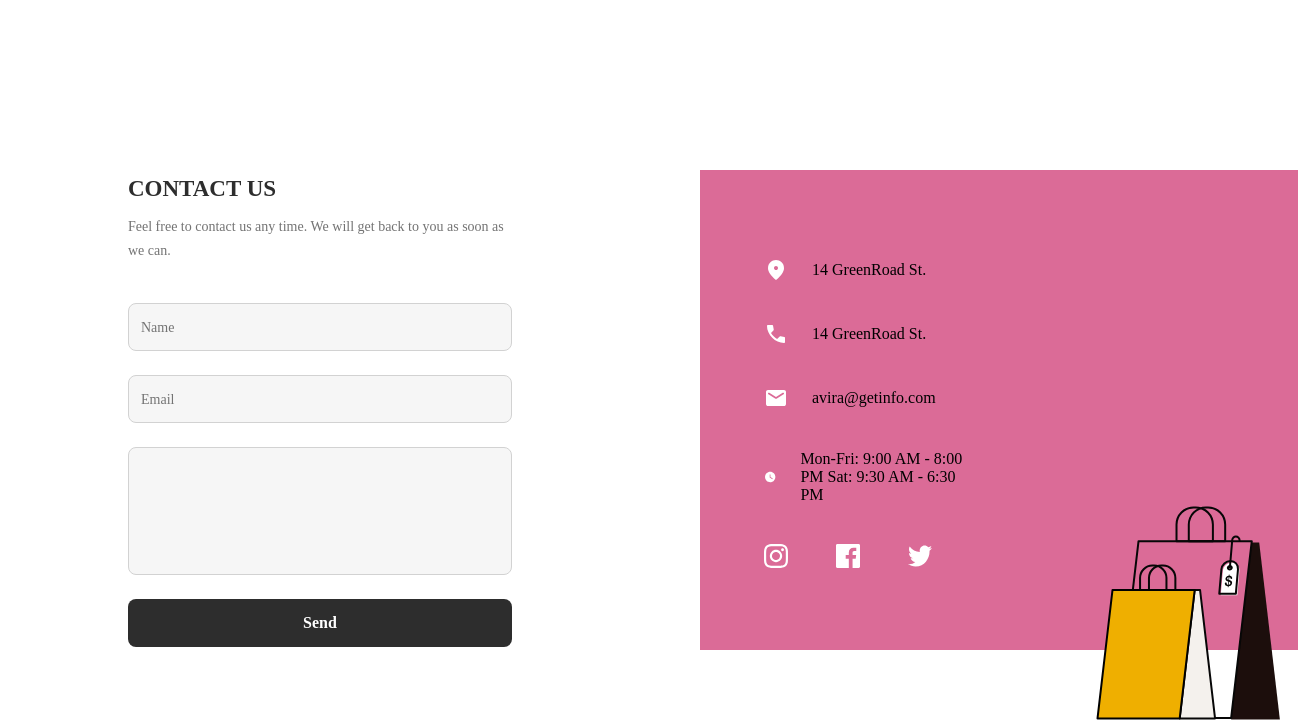
Repository: MehdiKerimov/figma-task-27
Page: pages/contactPage/index.html
The author's editor kept a copy of each file at every save. The page is drawn from the files as they stood at one save, then again after the next save.
The browser window is 1280 px wide. The page is 1298 px wide, so the pictures cover 1298 px, including what lies to the right of the window. The pictures show the whole page.
The style sheet was rebuilt from its Sass, Less or Tailwind sources for each picture, by a compiler version that may differ from the author's.

Above is the page before, as saved 2024-02-25 16:38:40.

After the next save:
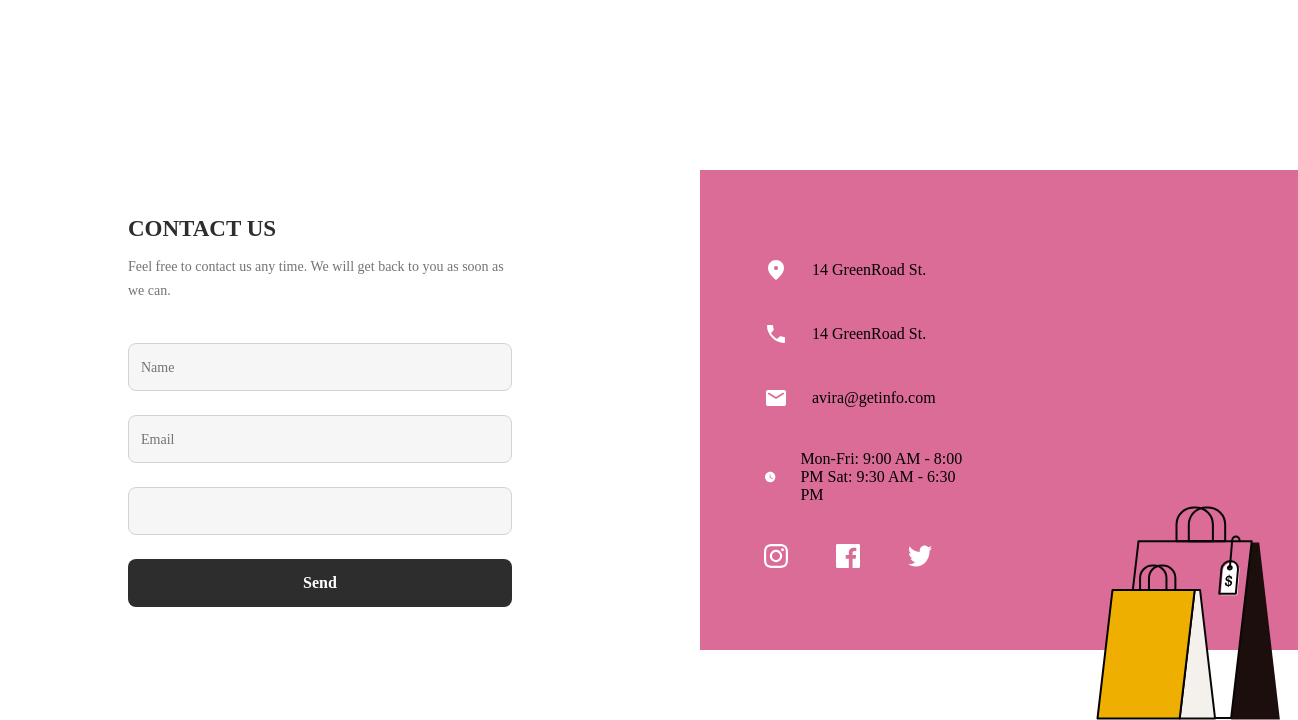
Saved 25 s later.
--- a/pages/contactPage/index.scss
+++ b/pages/contactPage/index.scss
@@ -48,7 +48,7 @@
             line-height: 24px; /* 171.429% */
           }
         }
-        .message {
+        textarea {
           width: 384px;
           height: 128px;
         }
